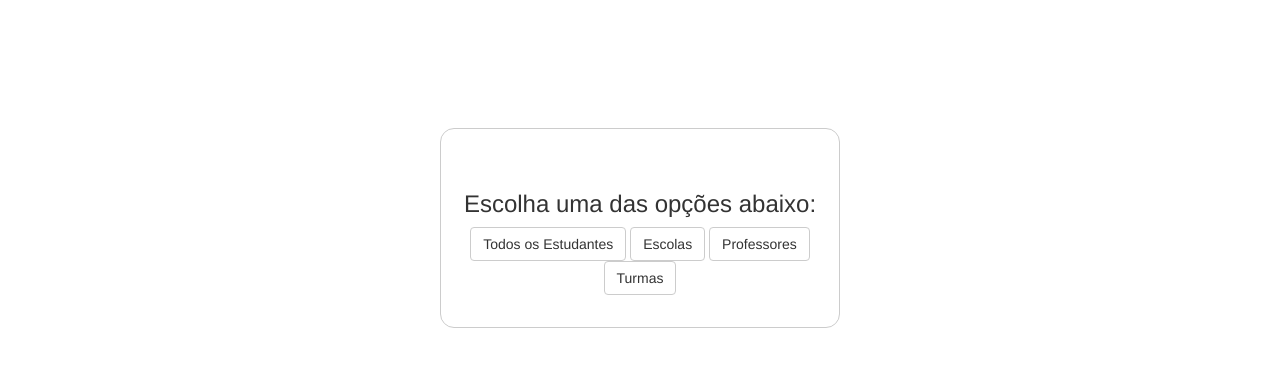
Repository: ipti/br.tag.webservice
Page: http://localhost/Restful-API-TAG/students.jsp
An editor plug-in stored every save of this project. The page is shown before and after the next save, followed by the edit.
The browser window is 1280 px wide. The pictures show the whole page.
The page is served by Tomcat 9. Other server files are loaded and not shown.

Above is the page before, as saved 2016-04-27 13:30:45.

### Restful-API-TAG/WebContent/students.jsp
<%@ page language="java" contentType="text/html; charset=ISO-8859-1"
    pageEncoding="ISO-8859-1"%>
<!DOCTYPE html PUBLIC "-//W3C//DTD HTML 4.01 Transitional//EN" "http://www.w3.org/TR/html4/loose.dtd">
<html>
<head>
<link rel="stylesheet" href="css/styles.css">
<link href="css/bootstrap.min.css" rel="stylesheet">
<meta http-equiv="Content-Type" content="text/html; charset=ISO-8859-1">
<title>API TAG - Estudantes</title>
</head>
<body>
	<div id="mainDiv">
		<h3 id="titleH3">Escolha uma das opções abaixo:</h3>

		<div class="btn-group-md text-center" role="group" aria-label="...">
			<button type="submit" class="btn btn-default" href="${pageContext.request.contextPath}/api/TagService/getStudents">Todos os Estudantes</button>

			<a type="submit" class="btn btn-default" href="schools.jsp">Escolas</a>

			<a type="submit" class="btn btn-default" href="instructors.jsp">Professores</a>

			<a type="submit" class="btn btn-default" href="classrooms.jsp">Turmas</a>
		</div>
</body>
</html>

### Restful-API-TAG/WebContent/css/styles.css
@CHARSET "ISO-8859-1";

#mainDiv {
    /* Just to center the form on the page */
    margin: 10% auto;
    width: 400px;
    height: 200px;
    /* To see the outline of the form */
    padding: 1em;
    border: 1px solid #CCC;
    border-radius: 1em;
}

#titleH3 {
	text-align: center;
	margin-top: 13%;
}

Loaded but not shown: Restful-API-TAG/WebContent/css/bootstrap.min.css (library)

After the next save:
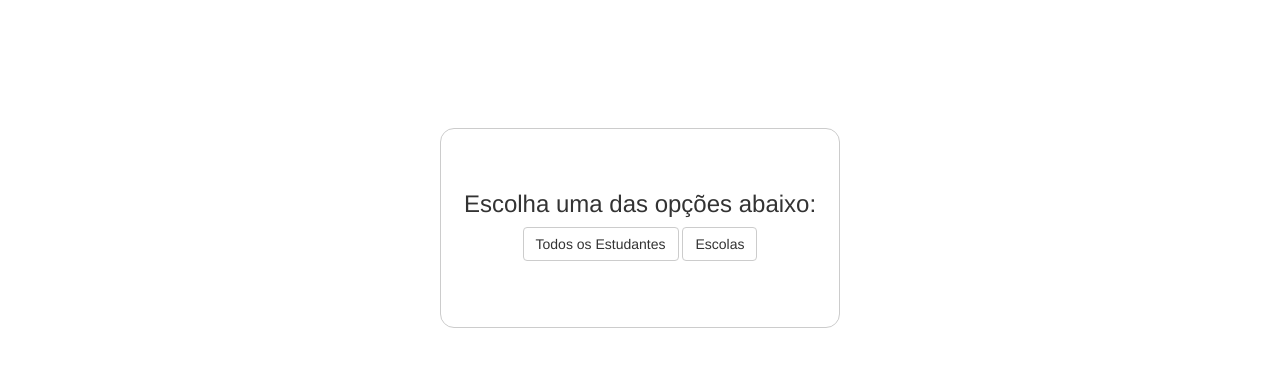
Saved 15 s later.
--- a/Restful-API-TAG/WebContent/students.jsp
+++ b/Restful-API-TAG/WebContent/students.jsp
@@ -16,10 +16,6 @@
 			<button type="submit" class="btn btn-default" href="${pageContext.request.contextPath}/api/TagService/getStudents">Todos os Estudantes</button>
 
 			<a type="submit" class="btn btn-default" href="schools.jsp">Escolas</a>
-
-			<a type="submit" class="btn btn-default" href="instructors.jsp">Professores</a>
-
-			<a type="submit" class="btn btn-default" href="classrooms.jsp">Turmas</a>
 		</div>
 </body>
 </html>
